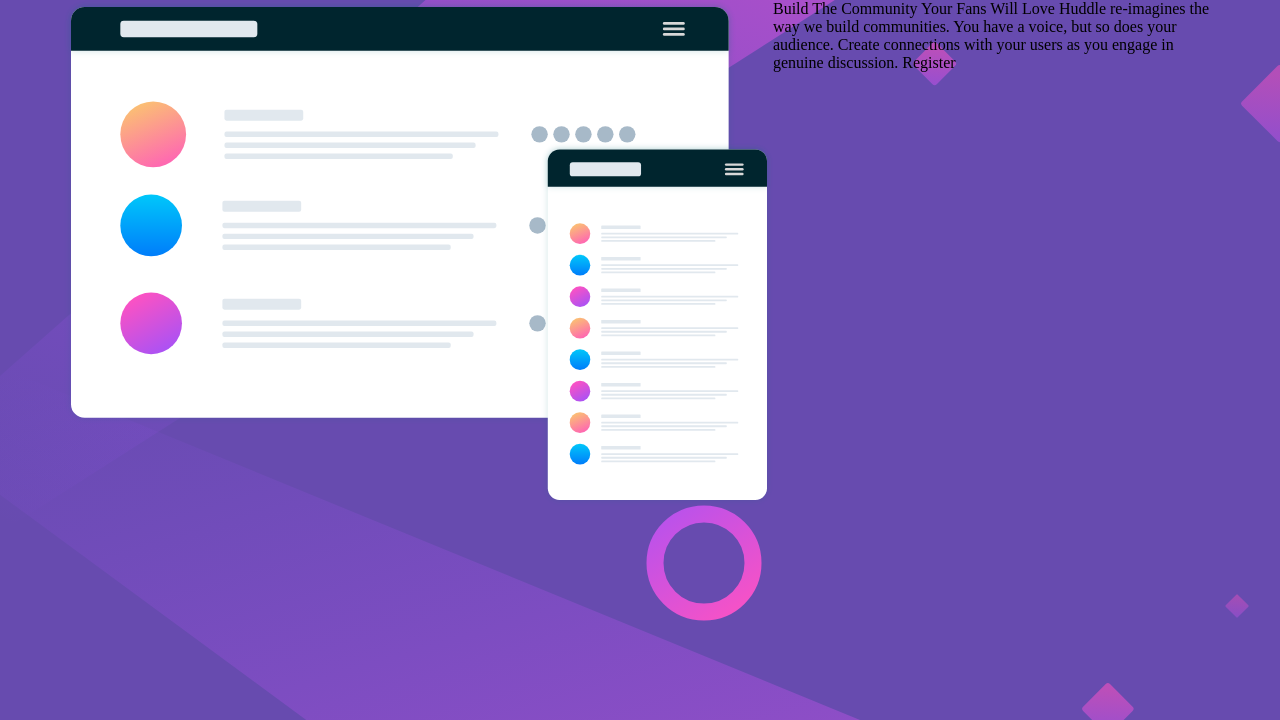
Repository: ankitnayak09/FrontEndMentor-Solutions
Page: huddle-landing-page-with-single-introductory-section-master/index.html
These files come from the project's save history. The page is drawn as it stood at one moment and after the next save; the edit follows.
The browser window is 1280 px wide. The pictures show the whole page.

Above is the page before, as saved 2021-07-07 18:25:09.

After the next save:
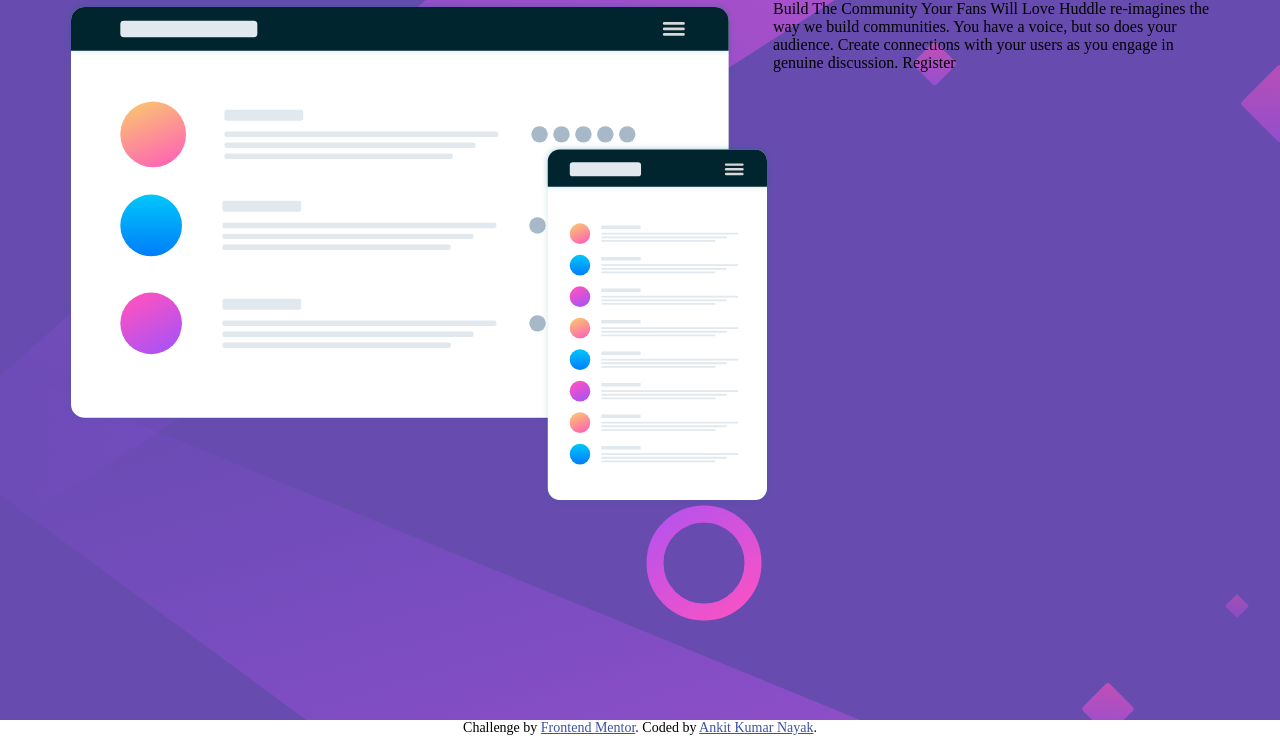
Saved 11 s later.
--- a/huddle-landing-page-with-single-introductory-section-master/index.html
+++ b/huddle-landing-page-with-single-introductory-section-master/index.html
@@ -38,6 +38,12 @@
       Register
     </div>
   </div>
+  <footer>
+    <p class="attribution">
+      Challenge by <a href="https://www.frontendmentor.io?ref=challenge" target="_blank">Frontend Mentor</a>.
+      Coded by <a href="https://github.com/ankitnayak09">Ankit Kumar Nayak</a>.
+    </p>
+  </footer>
 </body>
 
 </html>
